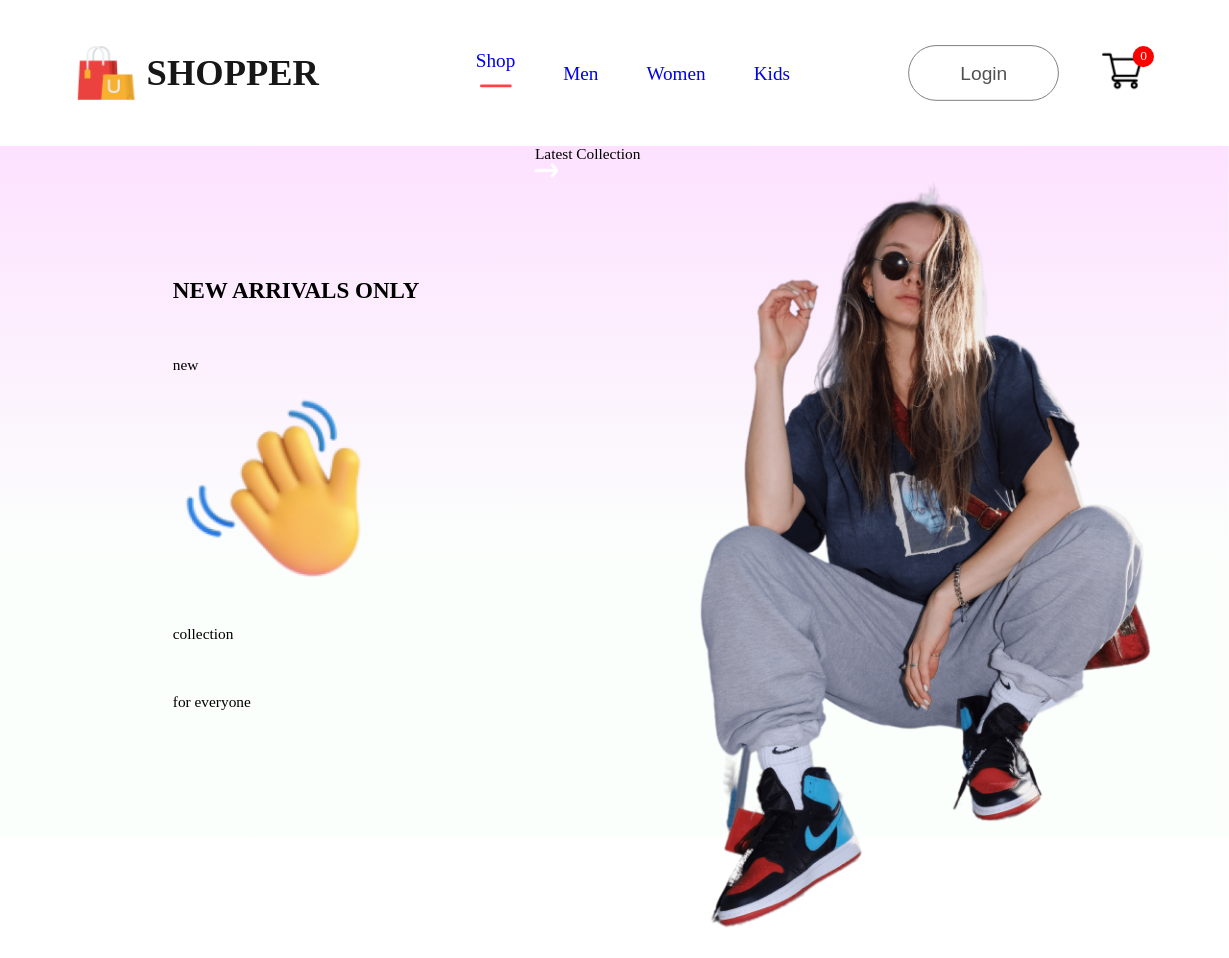
Repository: Ego-Wolf/Deploy-Reactjs-Websites
Page: /
These files come from the project's save history. The page is drawn as it stood at one moment and after a run of saves; the edit follows.
The browser window is 1280 px wide. The pictures show the whole page, at 96% of full size.
The project was rebuilt for these pictures with package versions that can differ from the ones it lists, and the page was loaded fresh each time. Also part of the build but not shown: src/App.css, src/Pages/ShopCategory.jsx, src/Pages/Product.jsx, src/Pages/LoginSignup.jsx. Imported but missing from the stored project, and not drawn on this page: src/Pages/Cart.

Above is the page before, as saved 2023-11-17 19:26:36.

### public/index.html
<!DOCTYPE html>
<html lang="en">
  <head>
    <meta charset="utf-8" />
    <link rel="icon" href="%PUBLIC_URL%/favicon.ico" />
    <meta name="viewport" content="width=device-width, initial-scale=1" />
    <meta name="theme-color" content="#000000" />
    <meta
      name="description"
      content="Web site created using create-react-app"
    />
    <link rel="apple-touch-icon" href="%PUBLIC_URL%/logo192.png" />
    <!--
      manifest.json provides metadata used when your web app is installed on a
      user's mobile device or desktop. See https://developers.google.com/web/fundamentals/web-app-manifest/
    -->
    <link rel="manifest" href="%PUBLIC_URL%/manifest.json" />

    <!--
      Notice the use of %PUBLIC_URL% in the tags above.
      It will be replaced with the URL of the `public` folder during the build.
      Only files inside the `public` folder can be referenced from the HTML.

      Unlike "/favicon.ico" or "favicon.ico", "%PUBLIC_URL%/favicon.ico" will
      work correctly both with client-side routing and a non-root public URL.
      Learn how to configure a non-root public URL by running `npm run build`.
    -->
    <title>E-Commerce</title>
  </head>
  <body>
    <noscript>You need to enable JavaScript to run this app.</noscript>
    <div id="root"></div>
    <!--
      This HTML file is a template.
      If you open it directly in the browser, you will see an empty page.

      You can add webfonts, meta tags, or analytics to this file.
      The build step will place the bundled scripts into the <body> tag.

      To begin the development, run `npm start` or `yarn start`.
      To create a production bundle, use `npm run build` or `yarn build`.
    -->
  </body>
</html>

### src/App.js
import './App.css';
import { Navbar } from './Components/Navbar/Navbar';
import { BrowserRouter, Routes, Route } from 'react-router-dom';
import Shop from './Pages/Shop';
import ShopCategory  from './Pages/ShopCategory';
import Product from './Pages/Product';
import Cart from './Pages/Cart';
import LoginSignup from './Pages/LoginSignup';


function App() {
  return (
    <div>
      <BrowserRouter>
      <Navbar/>
      <Routes>
        <Route path='/' element={<Shop/>}/>
        <Route path='/mens' element={<ShopCategory category="mens"/>}/>
        <Route path='/womens' element={<ShopCategory category="women"/>}/>
        <Route path='/kids' element={<ShopCategory category="kids"/>}/>
        <Route path="product" element={<Product/>}>
          <Route path='"productId' element={<Product/>}/>
        </Route>
        <Route path='/cart' element={<Cart/>}/>
        <Route path='/login' element={<LoginSignup/>}/>

      </Routes>
      </BrowserRouter>
    </div>
  );
}

export default App;

### src/Components/Navbar/Navbar.jsx
import React, {useState} from 'react'
import './Navbar.css'
import logo from '../Assets/logo.png'
import cart_icon from '../Assets/cart_icon.png'
import { Link } from 'react-router-dom'

export const Navbar = () => {
    const [menu,setMenu] = useState("shop");

  return (
    <div className='navbar'>
        <div className="nav-logo">
            <img src={logo} alt="" />
            <p>SHOPPER</p>
        </div>
        <ul className="nav-menu">
            <li onClick={()=>{setMenu("shop")}}><Link style={{textDecoration: 'none'}} to='/'>Shop</Link>{menu==="shop"?<hr/>:<></>}</li>
            <li onClick={()=>{setMenu("mens")}}><Link style={{textDecoration: 'none'}} to='/mens'>Men</Link>{menu==="mens"?<hr/>:<></>}</li>
            <li onClick={()=>{setMenu("womens")}}><Link style={{textDecoration: 'none'}} to='/womens'>Women</Link>{menu==="womens"?<hr/>:<></>}</li>
            <li onClick={()=>{setMenu("kids")}}><Link style={{textDecoration: 'none'}} to='/kids'>Kids</Link>{menu==="kids"?<hr/>:<></>}</li>
        </ul>
        <div className="nav-login-cart">
            <Link to='/login'><button>Login</button></Link>
            <Link to='/cart'><img src={cart_icon} alt="" /></Link>
            <div className="nav-cart-count">0</div>
        </div>
    </div>
  )
}

### src/Pages/Shop.jsx
// In Shop.js
import React from 'react';
import Hero from '../Components/Hero/Hero';

const Shop = () => {
  return <div>
    <Hero/>
  </div>;
};

export default Shop;

### src/Components/Navbar/Navbar.css
.navbar {
    display: flex;
    justify-content: space-around;
    padding: 16px;
    box-shadow: 0 1px 3px -2px black;
}

.nav-logo {
    display: flex;
    align-items: center;
    gap: 10px;
}

.nav-logo p {
    color: #171717;
    font-size: 38px;
    font-weight: 600;
}

.nav-menu {
    display: flex;
    align-items: center;
    list-style: none;
    gap: 50px;
    color: #626262;
    font-size: 20px;
    font-weight: 500;
}

.nav-menu li {
    display: flex;
    flex-direction: column;
    align-items: center;
    justify-content: center;
    gap: 3px;
    cursor: pointer;
}

.nav-menu hr {
    border: none;
    width: 80%;
    height: 3px;
    border-radius: 10px;
    background: #ff4141;
}

.nav-login-cart {
    display: flex;
    align-items: center;
    gap: 45px;
}

.nav-login-cart button {
    width: 157px;
    height: 58px;
    outline: none;
    border: 1px solid #7a7a7a;
    border-radius: 75px;
    color: #515151;
    font-size: 20px;
    font-weight: 500;
    background: white;
    cursor: pointer;
}

.nav-login-cart button:active {
    background: #f3f3f3;
}

.nav-cart-count {
    width: 22px;
    height: 22px;
    display: flex;
    justify-content: center;
    align-items: center;
    margin-top: -35px;
    margin-left: -55px;
    border-radius: 11px;
    font-size: 14px;
    background: red;
    color: white;
}

### src/Components/Hero/Hero.jsx
import React from 'react'
import './Hero.css'
import hand_icon from '../Assets/hand_icon.png'
import arrow_icon from '../Assets/arrow.png'
import hero_image from '../Assets/hero_image.png'


const Hero = () => {
  return (
    <div className='hero'>
      <div className="hero-left">
        <h2>NEW ARRIVALS ONLY</h2>
        <div className="hand-hand-icon">
          <p>new</p>
          <img src={hand_icon} alt="" />
        </div>
        <p>collection</p>
        <p>for everyone</p>
      </div>
      <div className="hero-laster-btn">
        <div>Latest Collection</div>
        <img src={arrow_icon} alt="" />
      </div>
      <div className="hero-right">
        <img src={hero_image} alt="" />
      </div>
    </div>
  )
}

export default Hero

### src/Components/Hero/Hero.css
.hero {
    height: 100vh;
    background: linear-gradient(180deg, #fde1ff, #e1ffea22 60%);
    display: flex;
}

.hero-left {
    flex: 1;
    display: flex;
    flex-direction: column;
    justify-content: center;
    gap: 20px;
    padding-left: 180px;
    line-height: 1.1;
}

.hero-left h2 {
    color:#09
}

Loaded but not shown: src/index.js (common file); src/index.css (common file); src/reportWebVitals.js (common file)

After the next 2 saves:
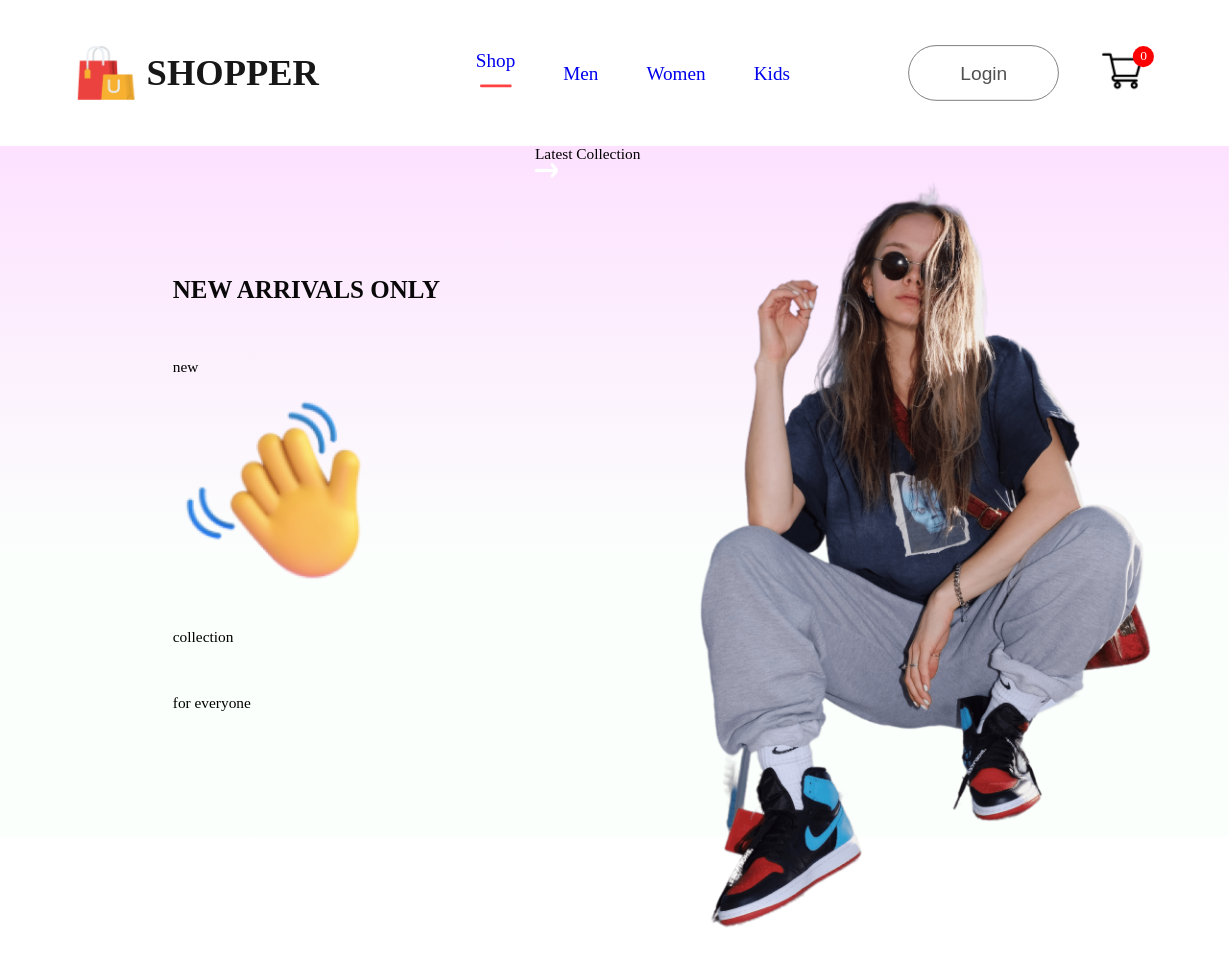
The 2 saves are shown as one change because they came seconds apart.
The last was saved 10 s later.
--- a/src/Components/Hero/Hero.css
+++ b/src/Components/Hero/Hero.css
@@ -15,5 +15,9 @@
 }
 
 .hero-left h2 {
-    color:#09
+    color:#090909;
+    font-size: 26px;
+    font-weight: 600;
 }
+
+.hero
